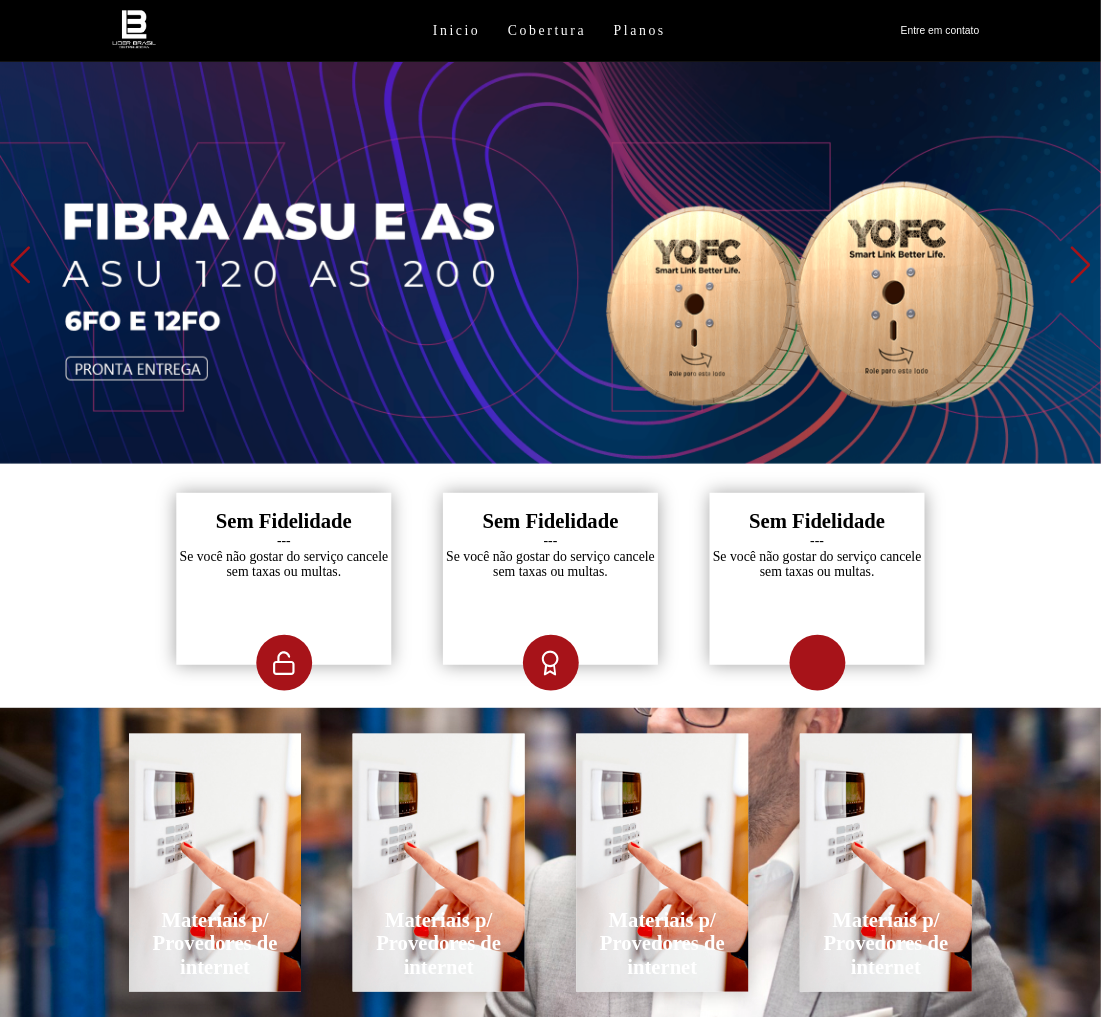
Repository: mateus-henrique-silva/Novo_institucional_lider
Page: index.html
These files come from the project's save history. The page is drawn as it stood at one moment and after the next save; the edit follows.
The browser window is 1280 px wide. The pictures show the whole page, at 86% of full size.
Backgrounds fixed to the window are drawn as part of the page. Some web fonts or font styles are not loaded; a fallback is used.

Above is the page before, as saved 2022-09-06 10:18:23.
Console error: SyntaxError: Identifier 'MobileNavbar' has already been declared

### index.html
<!DOCTYPE html>
<html lang="en">
  <head>
    <meta charset="UTF-8" />
    <meta http-equiv="X-UA-Compatible" content="IE=edge" />
    <meta name="viewport" content="width=device-width, initial-scale=1.0" />
    <meta
      name="viewport"
      content="width=device-width, user-scalable=yes, initial-scale=1.0, maximum-scale=10, minimum-scale=1.0"
    />
    <link rel="stylesheet" href="./src/CSS/Global.css" />
    <link rel="stylesheet" href="./src/CSS/Header/style.css" />
    <link rel="stylesheet" href="./src/CSS/Main/style.css" />
    <link rel="stylesheet" href="./src/CSS/Main/Carousel/styles.css" />
    <link rel="stylesheet" href="./src/CSS/Main/Box/style.css" />
    <link rel="stylesheet" href="./src/CSS/Main/Products/style.css" />
    <link
      rel="stylesheet"
      href="https://unpkg.com/swiper@8/swiper-bundle.min.css"
    />

    <title>Líder Brasil</title>
  </head>
  <body>
    <header>
      <nav>
        <a class="logo"
          ><img src="./src/Assets/Logo/lb.png" width="50" alt=""
        /></a>
        <div class="mobile-menu">
          <div class="line1"></div>
          <div class="line2"></div>
          <div class="line3"></div>
        </div>
        <ul class="nav-list">
          <li><a href="#network index.html">Inicio</a></li>
          <li><a href="#map-container">Cobertura</a></li>
          <li><a href="#container">Planos</a></li>
        </ul>
        <ul>
          <li style="list-style: none; font-size: 10px">
            <a
              href="#"
              style="
                font-size: 12px;
                padding: 10px;
                font-family: arial;
                color: white;
              "
              onclick="openForm()"
              class="contact-header"
              >Entre em contato</a
            >
          </li>
        </ul>
      </nav>
    </header>
    <main>
      <section>
        <div class="swiper">
          <div class="swiper-wrapper">
            <div class="swiper-slide">
              <div class="project-img">
                <img
                  src="./src/Assets/img/carrossel/desktop/drop-desktop.png"
                  alt="Foto 01"
                />
              </div>
              <div class="project-img" id="mobile-img">
                <img
                  src="./src/Assets/img/carrossel/mobile/drop-mobile.png"
                  alt="Foto 03"
                />
              </div>
            </div>
            <div class="swiper-slide">
              <div class="project-img">
                <img
                  src="./src/Assets/img/carrossel/desktop/escada-desktop.png"
                  alt="Foto 01"
                />
              </div>
              <div class="project-img" id="mobile-img">
                <img
                  src="./src/Assets/img/carrossel/mobile/escada-mobile.png"
                  alt="Foto 03"
                />
              </div>
            </div>
            <div class="swiper-slide">
              <div class="project-img">
                <img src="./src/Assets/img/teste6.png" alt="Foto 01" />
              </div>
              <div class="project-img" id="mobile-img">
                <img src="./src/Assets/img/foto_03.png" alt="Foto 03" />
              </div>
            </div>
          </div>
          <div class="swiper-button-next"></div>
          <div class="swiper-button-prev"></div>
          <div class="swiper-pagination"></div>
        </div>
      </section>
      <section>
        <div class="section-box">
          <!-- card 1 -->

          <ul>
            <li class="box">
              <div class="box-inter">
                <h1>Sem Fidelidade</h1>
                <p>---</p>

                <p>
                  Se você não gostar do serviço cancele sem taxas ou multas.
                </p>
              </div>

              <div class="obj">
                <img
                  src="./src/Assets/img/icons/unlock.svg"
                  alt="arrowup"
                  srcset=""
                />
              </div>
            </li>
            <!-- card 2 -->
            <li class="box">
              <div class="box-inter">
                <h1>Sem Fidelidade</h1>
                <p>---</p>

                <p>
                  Se você não gostar do serviço cancele sem taxas ou multas.
                </p>
              </div>

              <div class="obj">
                <img
                  src="./src/Assets/img/icons/award.svg"
                  alt="arrowup"
                  srcset=""
                />
              </div>
            </li>
            <!-- card 3 -->
            <li class="box">
              <div class="box-inter">
                <h1>Sem Fidelidade</h1>
                <p>---</p>

                <p>
                  Se você não gostar do serviço cancele sem taxas ou multas.
                </p>
              </div>

              <div class="obj">
                <img
                  src="./src/Assets/img/icons/chevrons-up.svg"
                  alt="arrowup"
                  srcset=""
                />
              </div>
            </li>
          </ul>
        </div>
      </section>

      <section>
        <div class="background">
          <img
            class="img"
            src="./src/Assets/img/icons/aBlack.svg"
            alt=""
            srcset=""
          />

          <ul>
            <li>
              <div class="products">
                <button>text</button>
                <div>
                  <h2>Materiais p/ Provedores de internet</h2>
                </div>

              </div>
            </li>

            <li>
              <div class="back-radient">
              <div class="products">
                <button>text</button>
                <div>
                  <h2>Materiais p/ Provedores de internet</h2>
                </div>

              </div>
            </div>
            </li>

            <li>
              <div class="products">
                <button>text</button>
                <div>
                  <h2>Materiais p/ Provedores de internet</h2>
                </div>

              </div>
            </li>
            <li>
              <div class="products">
                <button>text</button>
                <div>
                  <h2>Materiais p/ Provedores de internet</h2>
                </div>

              </div>
            </li>
          </ul>
        </div>
      </section>
    </main>
    <footer></footer>
    <script src="https://unpkg.com/swiper@8/swiper-bundle.min.js"></script>
    <script src="./src/Scripts/Carousel/scripts.js"></script>
    <script src="./src/Scripts/Mobile/scripts.js"></script>
    <script src="./src/Scripts/Global.js"></script>
  </body>
</html>

### src/CSS/Global.css
@import url("https://fonts.googleapis.com/css2?family=Montserrat:ital,wght@0,100;0,200;0,300;0,400;0,500;0,600;0,700;0,800;0,900;1,100;1,200;1,300;1,400;1,500;1,600;1,700;1,800;1,900&family=Source+Serif+Pro:ital,wght@0,200;0,300;0,400;0,600;0,700;0,900;1,200;1,300;1,400;1,600;1,700;1,900&display=swap");

* {
  font-family: 'Source Serif Pro', serif;
  margin: 0;
  padding: 0;
  border: 0;

}


body{

}

### src/CSS/Header/style.css
header {
  width: 100%;
  background-color: black;
  margin-top: 0;
}
a {
  color: black;
  text-decoration: none;
  transition: 0.3s;
}

a:hover {
  opacity: 0.7;
}

.logo {
  align-items: center;
  width: 6%;

  text-transform: uppercase;
  letter-spacing: 4px;
}

.logo h1 {
  font-size: 12px;
}

nav {
  display: flex;
  z-index: 1;

  width: 100%;
  margin-top: 0;

  justify-content: space-around;
  align-items: center;
  background-color: black;
  height: 10vh;
}

.nav-list {
  text-align: center;
  justify-content: center;
  list-style: none;
  display: flex;
  z-index: 1;
}

.nav-list li {
  letter-spacing: 3px;
  margin-left: 32px;
}
.nav-list li a {
  color: white;
}
.nav-list li a:hover {
  color: #ff073b;
}

.mobile-menu {
  display: none;
  margin-left: 80px;
  cursor: pointer;
}

.mobile-menu div {
  transition: 0.3s;

  width: 32px;
  height: 2px;
  background: white;
  margin: 8px;
}

@media (max-width: 950px) {
  body {
    overflow-x: hidden;
  }

  .nav-list {
    position: absolute;
    top: 7vh;
    right: 0;
    width: 100vw;
    height: 100vh;
    background-color: white;
    flex-direction: column;
    color: white;
    /* align-items: center; */
    display: none;
    justify-content:flex-start;
    transition: 0.4s ease-in;
    /* justify-content: space-around; */
    transform: translateX(100%);
  }

  .nav-list li {
    margin-top:100px;
    margin-left: 0;
    opacity: 0;
  }

  .mobile-menu {
    display: block;
  }
  .contact-header {
    display: none;
  }

  .logo {
    margin-left:10px;
    width: 60%;
  }
}

.nav-list.active {
  transition: 0.3s;
  overflow-y: hidden;
  position: fixed;
  z-index: 10000;
  background-color: black;
  transform: translateX(0);
  display: flex;
}

.nav-list.active li {
  color: white!important;
  font-weight:bold;
}

.nav-list.active li {
  color: white;
}

@keyframes navLinkFade {
  from {
    opacity: 0;
    transform: translateX(50px);
  }

  to {
    opacity: 1;
    transform: translateX(0);
  }
}

.mobile-menu.active .line1 {
  transform: rotate(-45deg) translate(-8px, 8px);
}

.mobile-menu.active .line2 {
  opacity: 0;
}

.mobile-menu.active .line3 {
  transform: rotate(45deg) translate(-5px, -7px);
}

### src/CSS/Main/style.css
main{
    width: 100%;
    height: 100%;

    max-width: 100vw;
}


section{

    width: 100%;
    max-width: 100vw;
    height: 100%;
}


ul li {
    list-style: none;
}

### src/CSS/Main/Carousel/styles.css
.swiper {
    height: 100%!important;

  }

  .swiper-slide {
    text-align: center;
    display: flex;
    height: 100%!important;
    align-items: center;
    justify-content: center;
  }

  @media (max-width: 450px) {
    .swiper {
      height: 270px;
    }

    .project-img img{
      width: 100%;
      height: 100%!important;
    }
  }

  .project-img img{
    width: 100%;
    /* height: 80vh; */
  }



  .swiper-pagination-bullet{
    color: white !important;
    /* margin-top:-10px!important; */
    background-color:white !important;
  }

  /*
    largura => 3840
    Altura => 420

  */


  .swiper-button-next:after, .swiper-button-prev:after{
    color:#a71319 !important;
  }

  #mobile-img{
    display: none;
  }


  @media(max-width:999px){
    #mobile-img{
      display: block!important;
    }


    .project-img{
      display:none;
    }
  }


.menu{
  display:flex;
  flex-direction:column;
}

### src/CSS/Main/Box/style.css
.section-box {
  width: 100%;

  justify-content: center;
  align-items: center;
  display: flex;
}

.box {
  display: flex;
  flex-direction: column;
  /* justify-content: center; */

  justify-content: flex-end;
  align-items: center;
  height: 100%;
  margin: 30px;
  margin-bottom: 20px;
  /* width: 100%; */
  /* background-color: red; */
}

@media (max-width: 770px) {
  .section-box {
    width: 100%;
    justify-content: space-around;
    flex-direction: column;
    display: flex;
  }

  .box-inter {
    background-color: white;
    height: 100px;
    width: 200px;
    /* width: 100%; */
  }
}

@media (max-width: 480px) {
  .box-inter {
    height: 170px !important;
    width: 170px !important;
    /* width: 100%; */
  }

  .obj {
    height: 45px !important;

    margin-top: -35px;
    width: 45px !important;
  }

  .obj img {
    width: 20px !important;
  }
}

.box-inter {
  background-color: white;
  height: 200px;
  width: 250px;
  -webkit-box-shadow: 0px 0px 20px 0px rgba(0, 0, 0, 0.37);
  box-shadow: 0px 0px 20px 0px rgba(0, 0, 0, 0.37);
  display: flex;

  flex-direction: column;
  align-items: center;
  text-align: center;

  /* width: 100%; */
}

.box-inter h1 {
  margin-top: 20px;
  font-size: clamp(1em, 1em + 1vw, 1.5em);
}

.box p {
  font-size: clamp(1em, 1em + 0.5vw, 0.5em);
}
.obj {
  background-color: #a71319;
  height: 65px;

  border-radius: 50%;
  display: flex;
  align-items: center;
  justify-content: center;
  margin-top: -35px;
  width: 65px;
}

.obj img {
  width: 30px;
}

.section-box ul {
  display: flex;
  overflow-x: auto;
  width: 100%;
  justify-content: center;
  scroll-behavior: smooth;
}

.section-box .img-arrow {
  display: none;
}

@media (max-width: 600px) {
  .section-box .img-arrow {
    display: flex;
    justify-content: flex-end;

    animation: mymove 0.8s infinite;
  }
  .section-box ul {
    display: flex;
    overflow-x: auto;
    width: 100%;
    justify-content: flex-start;
    scroll-behavior: smooth;
  }
  @keyframes mymove {
    from {
      left: 280px;
    }
    to {
      left: 300px;
    }
  }
}

### src/CSS/Main/Products/style.css
.background {
  width: 100%;
  background: url("../../../Assets/img/Background/medio.jpg") no-repeat center
    fixed;
  height: 100%;
  display: flex;
  justify-content: space-around;
  justify-content: center;
  align-items: center;
}
.background ul {
  display: flex;
  overflow-x: auto;
  overflow-y: hidden;
  scroll-behavior: smooth;
  /* width: 100px; */
}
.background img {
  display: none;
}

.background ul li .products .img {
  display: flex;
}

.products {
  margin: 30px;
  background: url("../../../Assets/img/Background/products/alarme.png")
    no-repeat center;

  background-size: 100%;
  justify-content: flex-end;
  height: 300px;
  width: 200px;
  -webkit-box-shadow: 0px 0px 20px 0px rgba(0, 0, 0, 0.2) !important;
  box-shadow: 0px 0px 20px 0px rgba(0, 0, 0, 0.2) !important;
  background-color: white;
  display: flex;
  text-align: center;
  flex-direction: column;
  align-items: center;
  box-sizing: border-box;
  transition: 0.5s;
}

.products div h2 {
  margin-bottom: 15px;
   color:white;
  transition:2s;
}
.products:hover {
  justify-content: center;
  transition:2s;
}
.products:hover div h2 {

  display: none;
}
@media (max-width: 600px) {
  .background .img {
    position: absolute;
    margin-top: 170px;
    display: flex;
    justify-content: flex-end;
    animation: mymove 0.8s infinite;
  }

  @keyframes mymove {
    from {
      left: 280px;
    }
    to {
      left: 300px;
    }
  }
}

.products button {
  background-color: black;
  display: none;
  color: white;
  cursor: pointer;
  transition: 0.7s;
  padding: 8px 25px 8px;
}

.products:hover button {
  background-color: black;
  display: flex;

  color: white;
  cursor: pointer;
  padding: 8px 25px 8px;
}
.back-radient{

}

### src/Scripts/Mobile/scripts.js
class MobileNavbar{


    constructor(mobileMenu, navList, navLinks){
        this.mobileMenu = document.querySelector(mobileMenu);
        this.navList = document.querySelector(navList);
        this.navLinks = document.querySelectorAll(navLinks);
        this.activeClass = "active";
        this.hadleClick =  this.hadleClick.bind(this);


    }

    animateLinks(){
        this.navLinks.forEach((link, index)=>{

            var calc = index/7+0.3;


            link.style.animation
            ?(link.style.animation="")
            :(link.style.animation= `navLinkFade 0.5s ease forwards ${calc}s`);


        });


    }


    hadleClick(){


        this.navList.classList.toggle(this.activeClass);
        this.mobileMenu.classList.toggle(this.activeClass);
        this.animateLinks();
    }

    addClickEvent(){
        this.mobileMenu.addEventListener("click", this.hadleClick);


    }

    init(){

        if(this.mobileMenu){

            this.addClickEvent();
        }
        return this;
    }
    }



    const mobileNavbar = new MobileNavbar(

        ".mobile-menu",

        ".nav-list",

        ".nav-list li",


        );


    mobileNavbar.init();

### src/Scripts/Global.js
document.onmousedown=disableclick;
function disableclick(event)
{
  if(event.button==2)
   {
     return false;
   }
}

### src/Assets/img/icons/award.svg
<?xml version="1.0" encoding="utf-8"?>
<!-- Generator: Adobe Illustrator 24.0.1, SVG Export Plug-In . SVG Version: 6.00 Build 0)  -->
<svg version="1.1" id="Camada_1" xmlns="http://www.w3.org/2000/svg" xmlns:xlink="http://www.w3.org/1999/xlink" x="0px" y="0px"
	 viewBox="0 0 24 24" style="enable-background:new 0 0 24 24;" xml:space="preserve">
<style type="text/css">
	.st0{fill:#FFFFFF;}
</style>
<path class="st0" d="M19.5,8.1c0-4.3-3.5-7.7-7.7-7.7S4,3.9,4,8.1c0,2.5,1.2,4.7,3,6.1l-1.1,8.3c0,0.4,0.1,0.7,0.4,0.9
	c0.3,0.2,0.7,0.2,1,0l4.3-2.6l4.3,2.6c0.2,0.1,0.3,0.1,0.5,0.1c0.2,0,0.4-0.1,0.5-0.2c0.3-0.2,0.5-0.6,0.4-0.9l-1.1-8.3
	C18.3,12.8,19.5,10.6,19.5,8.1z M5.9,8.1c0-3.2,2.6-5.8,5.8-5.8s5.8,2.6,5.8,5.8s-2.6,5.8-5.8,5.8S5.9,11.3,5.9,8.1z M15.4,20.8
	l-3.1-1.9c-0.3-0.2-0.7-0.2-1,0l-3.1,1.9l0.7-5.5c0.9,0.4,1.9,0.6,2.9,0.6c1,0,2-0.2,2.9-0.6L15.4,20.8z"/>
</svg>

### src/Assets/img/icons/chevrons-up.svg
<svg xmlns="http://www.w3.org/2000/svg" width="24" height="24" viewBox="0 0 24 24" fill="none" stroke="" stroke-width="2" stroke-linecap="round" stroke-linejoin="round" class="feather feather-chevrons-up"><polyline points="17 11 12 6 7 11"></polyline><polyline points="17 18 12 13 7 18" color="white"></polyline></svg>

After the next save:
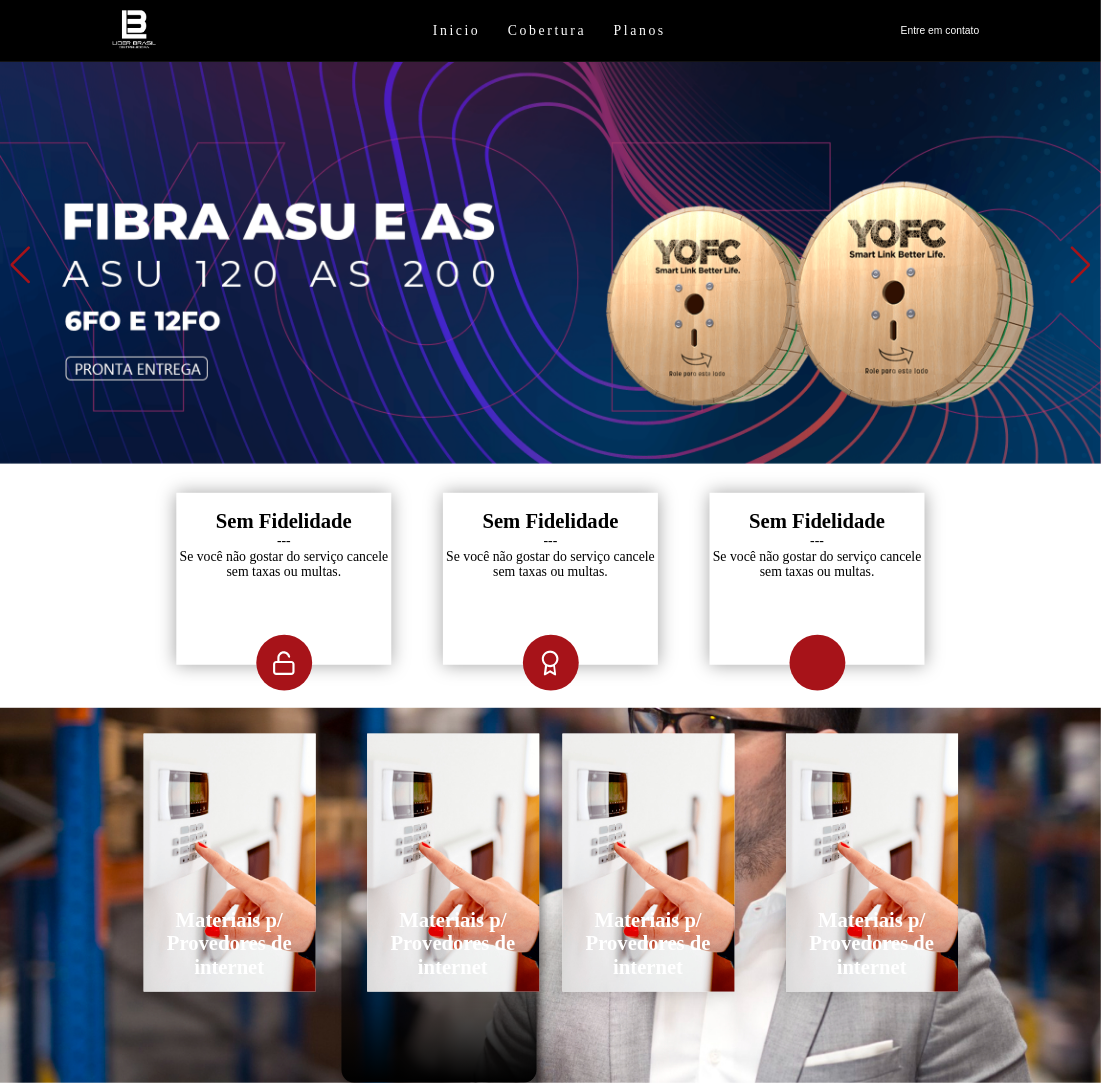
Saved 12 s later.
--- a/src/CSS/Main/Products/style.css
+++ b/src/CSS/Main/Products/style.css
@@ -93,5 +93,12 @@
   padding: 8px 25px 8px;
 }
 .back-radient{
+  width: 227px;
+height: 406px;
+left: 500px;
+top: 1183px;
 
+background: linear-gradient(180deg, rgba(0, 0, 0, 0.0962963) 50%, #000000 100%);
+box-shadow: 5px 6px 11px rgba(0, 0, 0, 0.45);
+border-radius: 15px;
 }
